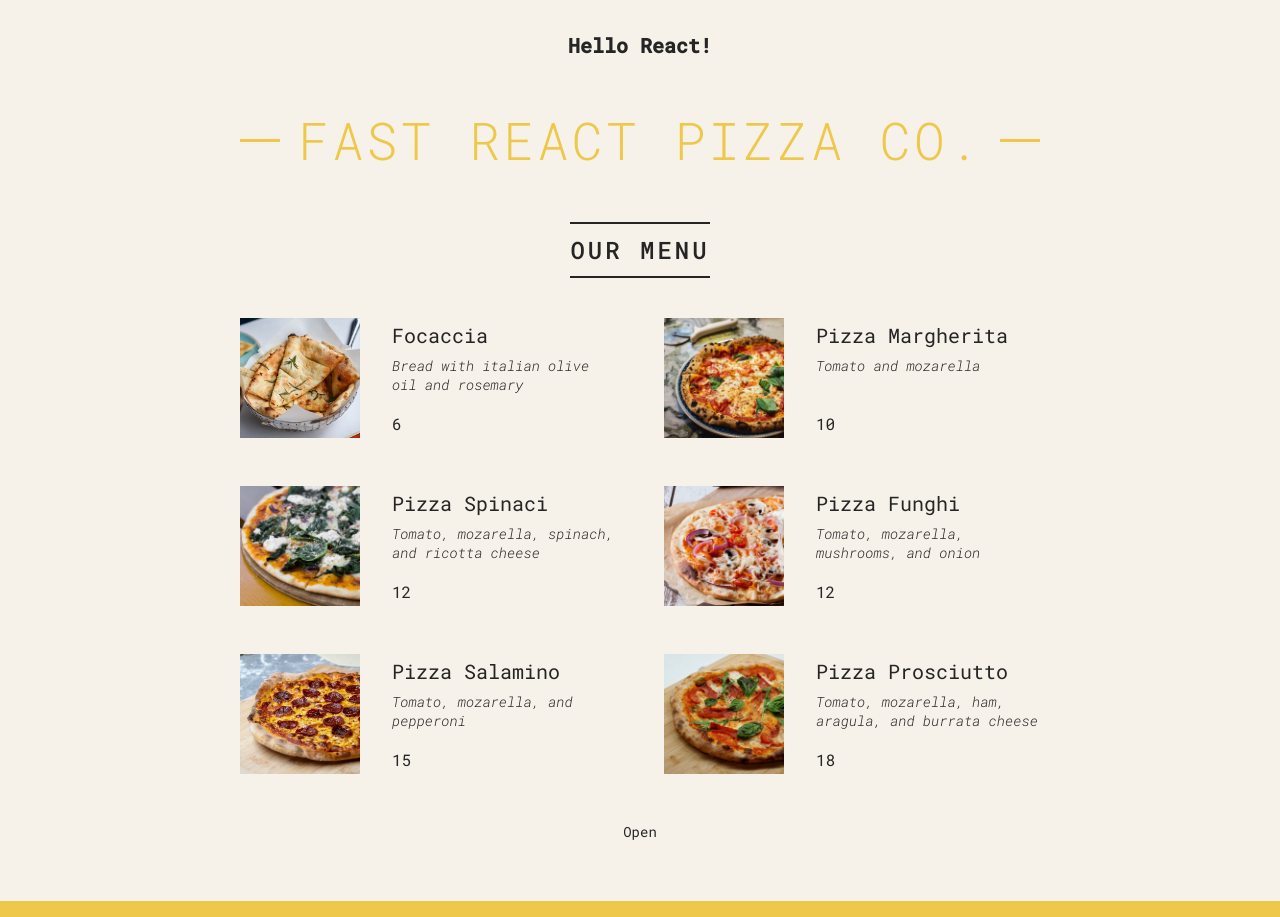
Repository: Alphosmart/03_pizza-menu
Page: /
The author's editor kept a copy of each file at every save. The page is drawn from the files as they stood at one save, then again after the next save.
The browser window is 1280 px wide. The pictures show the whole page.
The project was rebuilt for these pictures with package versions that can differ from the ones it lists, and the page was loaded fresh each time.

Above is the page before, as saved 2024-05-31 20:32:20.

### src/index.js
import React from "react";
import ReactDOM from "react-dom/client";
import "./index.css";

const pizzaData = [
  {
    name: "Focaccia",
    ingredients: "Bread with italian olive oil and rosemary",
    price: 6,
    photoName: "pizzas/focaccia.jpg",
    soldOut: false,
  },
  {
    name: "Pizza Margherita",
    ingredients: "Tomato and mozarella",
    price: 10,
    photoName: "pizzas/margherita.jpg",
    soldOut: false,
  },
  {
    name: "Pizza Spinaci",
    ingredients: "Tomato, mozarella, spinach, and ricotta cheese",
    price: 12,
    photoName: "pizzas/spinaci.jpg",
    soldOut: false,
  },
  {
    name: "Pizza Funghi",
    ingredients: "Tomato, mozarella, mushrooms, and onion",
    price: 12,
    photoName: "pizzas/funghi.jpg",
    soldOut: false,
  },
  {
    name: "Pizza Salamino",
    ingredients: "Tomato, mozarella, and pepperoni",
    price: 15,
    photoName: "pizzas/salamino.jpg",
    soldOut: true,
  },
  {
    name: "Pizza Prosciutto",
    ingredients: "Tomato, mozarella, ham, aragula, and burrata cheese",
    price: 18,
    photoName: "pizzas/prosciutto.jpg",
    soldOut: false,
  },
];

function App() {
  return (
    <div className="container">
      <h1>Hello React!</h1>
      <Header />
      <Menu />
      <Footer />
    </div>
  );
}

function Header() {
  // const style = { color: "red", fontSize: "48px", textTransform: "Uppercase" };
  const style = {};
  return (
    <header className="header">
      <h1 style={style}>Fast React Pizza Co.</h1>
    </header>
  );
}

function Menu() {
  return (
    <main className="menu">
      <h2>Our Menu</h2>

      <ul className="pizzas">
        {pizzaData.map((pizza) => (
          <Pizza pizzaObj={pizza} key={pizza.name} />
        ))}
      </ul>
      {/* <Pizza
        name="Pizza Spinaci"
        ingredients="Tomato, mozarella, spinach, and ricotta cheese"
        photoName="pizzas/spinaci.jpg"
        price={10}
      />
      <Pizza
        name="Pizza Funghi"
        ingredients="Tomato, mushrooms"
        price={12}
        photoName="pizzas/funghi.jpg"
      /> */}
    </main>
  );
}

function Pizza(props) {
  console.log(props);
  return (
    <li className="pizza">
      <img src={props.pizzaObj.photoName} alt={props.pizzaObj.name} />

      <div>
        <h3>{props.pizzaObj.name}</h3>
        <p>{props.pizzaObj.ingredients}</p>
        <span>{props.pizzaObj.price}</span>
      </div>
    </li>
  );
}
function Footer() {
  const hour = new Date().getHours();
  const openHour = 12;
  const closeHour = 22;
  const isOpen = hour >= openHour && hour <= closeHour;
  console.log(isOpen);
  // if (hour >= openHour && hour <= closeHour) alert("We're currently open!");
  // else alert("Sorry We're closed!");
  return <footer className="footer">{isOpen && <p>Open</p>}</footer>;

  // return React.createElement("footer", null, "We're currently open!");
}

// React v18
const root = ReactDOM.createRoot(document.getElementById("root"));
root.render(
  <React.StrictMode>
    <App />
  </React.StrictMode>
); // or root.render<App />);

//React before v18
// React.render(<App />, document.getElementById("root"));

Loaded but not shown: public/index.html (common file); src/index.css (common file)

After the next save:
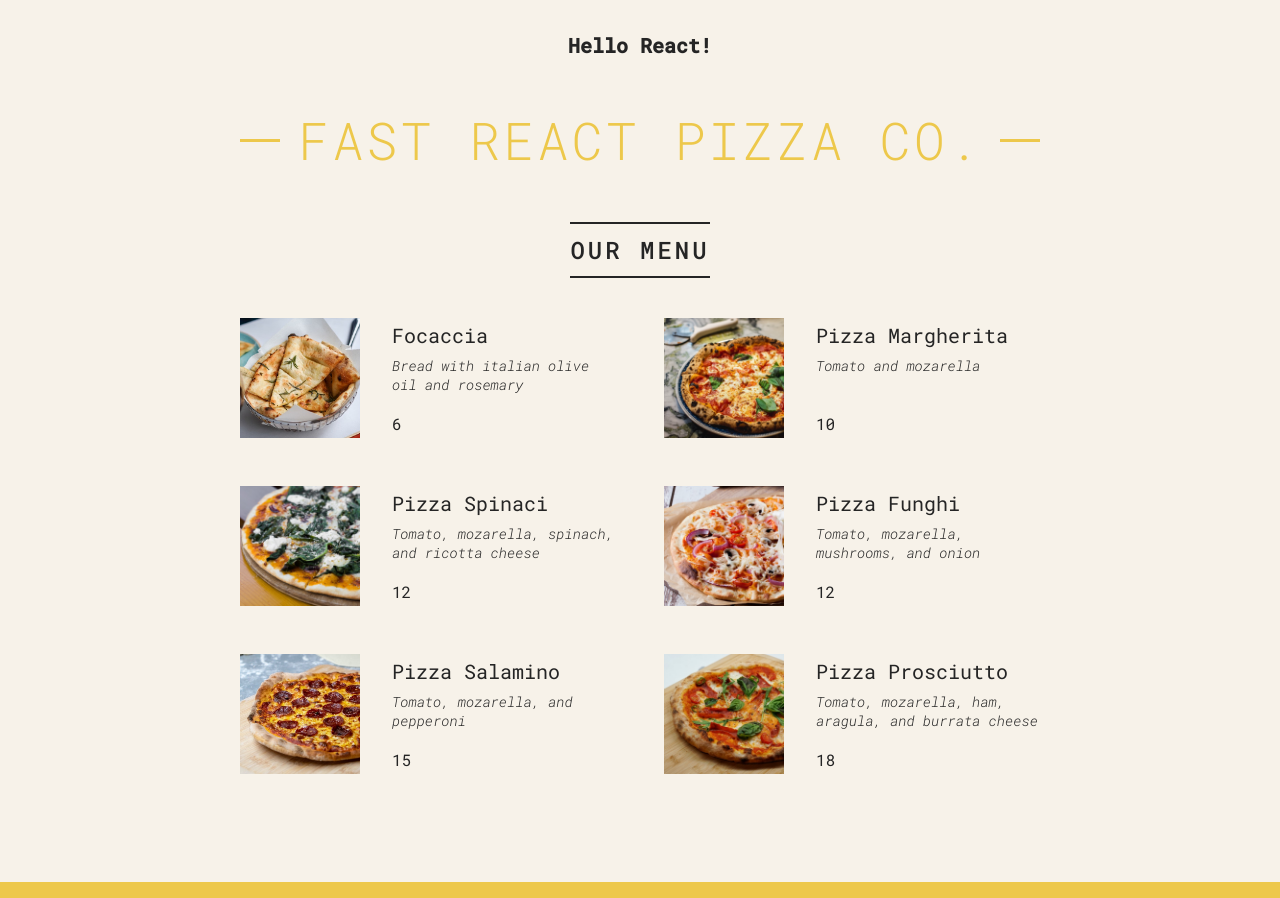
Saved 10 min 3 s later.
--- a/src/index.js
+++ b/src/index.js
@@ -110,7 +110,7 @@ function Pizza(props) {
 }
 function Footer() {
   const hour = new Date().getHours();
-  const openHour = 12;
+  const openHour = 20;
   const closeHour = 22;
   const isOpen = hour >= openHour && hour <= closeHour;
   console.log(isOpen);
